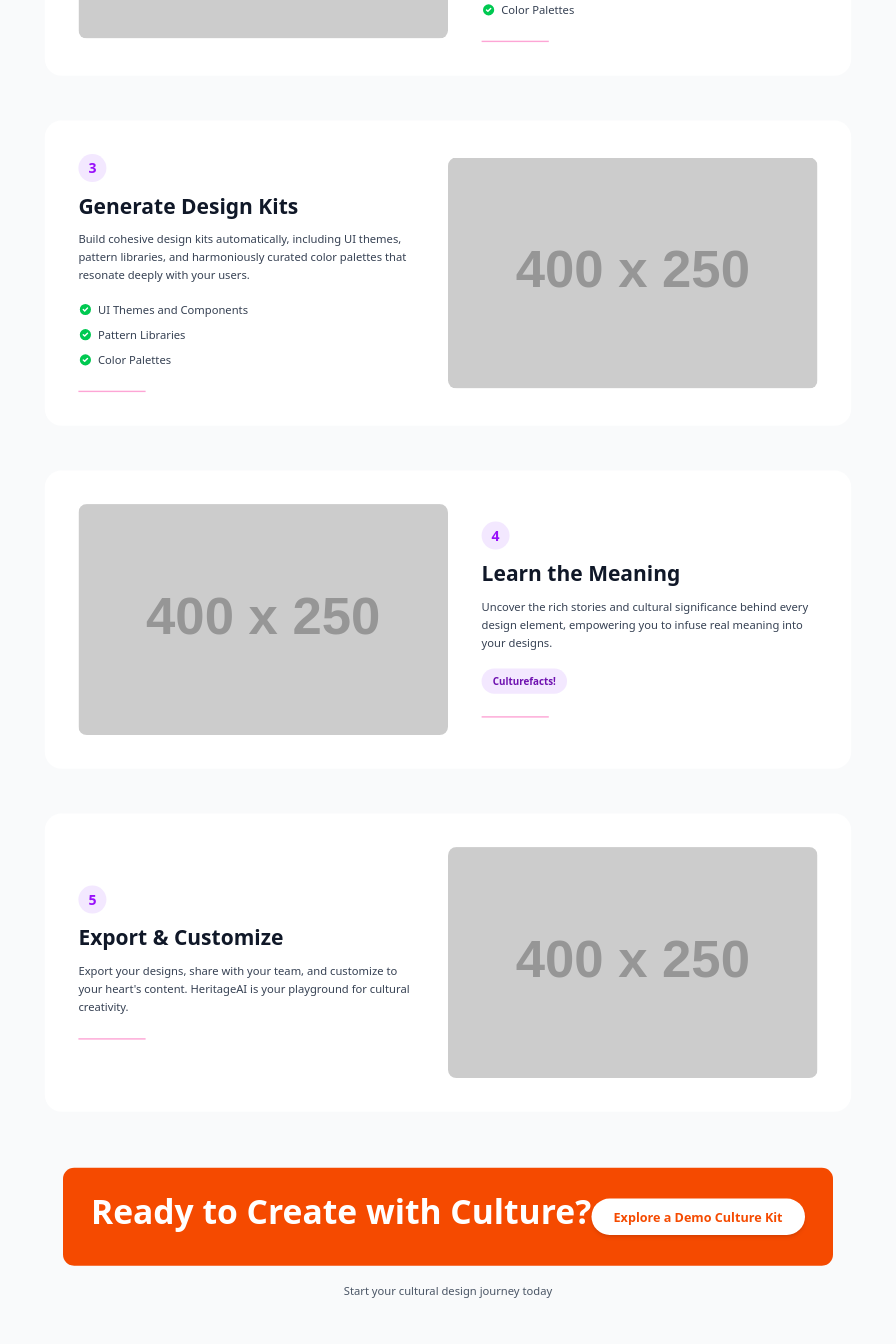
Repository: Em-driod/Heritage
Page: /
The author's editor kept a copy of each file at every save. The page is drawn from the files as they stood at one save, then again after the next save.
The browser window is 1280 px wide. The pictures show the part of the page from y = 4363 to 6283 px (the page is 6283 px tall before and 6235 px after), at 70% of full size.
The project was rebuilt for these pictures with package versions that can differ from the ones it lists, and the page was loaded fresh each time. Also part of the build but not shown: vite.config.ts.

Above is the page before, as saved 2025-07-08 16:35:08.

### src/App.tsx
// src/App.tsx
import React from 'react';
import { BrowserRouter as Router, Route, Routes } from 'react-router-dom';
import Home from './pages/home';



const App: React.FC = () => {
  return (
    <Router>
      <div>


        <Routes>
          <Route path="/" element={<Home />} />


        </Routes>
      </div>
    </Router>
  );
};

export default App;

### src/pages/home.tsx
import Hero from "../components/Hero"
import Landsecont from "../components/landsecont"
import Landthird from "../components/landthird"
import Landfourth from "../components/landfourth"
import Landfifth from "../components/landfifth"

const Home = () => {
  return (
    <div>
      <Hero />
      <Landsecont />
      <Landthird />
     <Landfourth />
     <Landfifth />
    </div>
  )
}

export default Home

### src/components/landthird.tsx


const Landthird = () => {
  return (
    <div className="flex justify-center items-center py-20 px-4 sm:px-6 lg:px-8 bg-white">
      <div className="flex flex-col lg:flex-row items-center justify-center gap-8 w-full max-w-6xl">

        {/* Card 1: 2 minutes search */}
        <div className="flex-1 bg-white border border-orange-300 rounded-xl shadow-lg p-6 text-center h-48 flex flex-col justify-center transition-transform duration-300 hover:scale-105">
          <p className="text-3xl font-bold text-red-500 mb-2">
            2 minutes search
            <br />
            with <span className="bg-yellow-300 px-1 rounded-md">HeritageAI</span>
          </p>
          <p className="text-sm text-gray-600">
            Vs. Traditional research today
          </p>
        </div>

        {/* Card 2: 85% Success */}
        <div className="flex-1 bg-white border border-orange-300 rounded-xl shadow-lg p-6 text-center h-48 flex flex-col justify-center transition-transform duration-300 hover:scale-105">
          <p className="text-3xl font-bold text-orange-500 mb-2">
            85%
            <br />
            Success
          </p>
          <p className="text-sm text-gray-600">
            vs Generic search
          </p>
        </div>

        {/* Card 3: 10x faster discoveries */}
        <div className="flex-1 bg-white border border-orange-300 rounded-xl shadow-lg p-6 text-center h-48 flex flex-col justify-center transition-transform duration-300 hover:scale-105">
          <p className="text-3xl font-bold text-blue-500 mb-2">
            10x faster
            <br />
            discoveries
          </p>
          <p className="text-sm text-gray-600">
            with <span className="bg-yellow-300 px-1 rounded-md">HeritageAI</span>
          </p>
        </div>

      </div>
    </div>
  );
};

export default Landthird;

### src/components/landfourth.tsx
import React from 'react';

const Landfourth = () => {
  return (
    <div className="bg-[#fef8f5] min-h-screen flex flex-col items-center justify-center py-20 px-4 sm:px-6 lg:px-8">
      {/* Top Section: What HeritageAI Gives You */}
      <div className="text-center mb-16">
        <div className="inline-flex items-center bg-white rounded-full py-2 px-4 shadow-sm mb-6">
          <img
            src="/path-to-heritageai-icon.png" // Placeholder, replace with your actual icon path
            alt="HeritageAI Icon"
            className="w-6 h-6 mr-2"
          />
          <span className="text-sm font-semibold text-gray-800">What HeritageAI Gives You</span>
        </div>
        <h1 className="text-5xl sm:text-6xl font-bold text-gray-900 leading-tight">
          One click.
          <br />
          Infinite heritage.
        </h1>
      </div>

      {/* Cards Section */}
      <div className="grid grid-cols-1 md:grid-cols-2 lg:grid-cols-4 gap-8 max-w-6xl w-full">

        {/* Card 1: Design kits */}
        <div className="bg-white rounded-2xl shadow-lg p-6 flex flex-col items-start text-left">
          <img
            src="/path-to-design-kits-icon.png" // Placeholder, replace with your actual icon path
            alt="Design kits icon"
            className="w-12 h-12 mb-4"
          />
          <h3 className="text-xl font-semibold text-gray-900 mb-2">Design kits</h3>
          <p className="text-gray-600 text-sm mb-4">
            Ready to use palettes, icons
            <br />
            textures
          </p>
          <div className="flex space-x-2 mt-auto">
            <div className="w-8 h-8 rounded-full bg-pink-500 border-2 border-white shadow"></div>
            <div className="w-8 h-8 rounded-full bg-cyan-500 border-2 border-white shadow"></div>
            <div className="w-8 h-8 rounded-full bg-purple-500 border-2 border-white shadow"></div>
          </div>
        </div>

        {/* Card 2: Cultural Context */}
        <div className="bg-white rounded-2xl shadow-lg p-6 flex flex-col items-start text-left">
          <img
            src="/path-to-cultural-context-icon.png" // Placeholder, replace with your actual icon path
            alt="Cultural Context icon"
            className="w-12 h-12 mb-4"
          />
          <h3 className="text-xl font-semibold text-gray-900 mb-2">Cultural Context</h3>
          <p className="text-gray-600 text-sm mb-4">
            Every visual comes with a short
            <br />
            short or symbol meaning
          </p>
          <div className="flex items-center text-gray-700 font-medium mt-auto">
            <svg className="w-5 h-5 mr-2 text-gray-500" fill="currentColor" viewBox="0 0 20 20" xmlns="http://www.w3.org/2000/svg">
              <path fillRule="evenodd" d="M4 4a2 2 0 012-2h4.586A2 2 0 0112 2.414L14.586 5A2 2 0 0115 6.414V16a2 2 0 01-2 2H6a2 2 0 01-2-2V4zm2 6a1 1 0 011-1h6a1 1 0 110 2H7a1 1 0 01-1-1zm1 3a1 1 0 100 2h6a1 1 0 100-2H7z" clipRule="evenodd"></path>
            </svg>
            Rich storytelling
          </div>
        </div>

        {/* Card 3: Export Ready */}
        <div className="bg-white rounded-2xl shadow-lg p-6 flex flex-col items-start text-left">
          <img
            src="/path-to-export-ready-icon.png" // Placeholder, replace with your actual icon path
            alt="Export Ready icon"
            className="w-12 h-12 mb-4"
          />
          <h3 className="text-xl font-semibold text-gray-900 mb-2">Export Ready</h3>
          <p className="text-gray-600 text-sm mb-4">
            Use in Figma, Canva, Webflow,
            <br />
            or even download
          </p>
          <div className="flex space-x-2 mt-auto">
            <img src="/path-to-figma-icon.png" alt="Figma icon" className="w-8 h-8" /> {/* Placeholder */}
            <img src="/path-to-canva-icon.png" alt="Canva icon" className="w-8 h-8" /> {/* Placeholder */}
            <img src="/path-to-webflow-icon.png" alt="Webflow icon" className="w-8 h-8" /> {/* Placeholder */}
          </div>
        </div>

        {/* Card 4: More Than Visuals */}
        <div className="bg-white rounded-2xl shadow-lg p-6 flex flex-col items-start text-left">
          <img
            src="/path-to-more-than-visuals-icon.png" // Placeholder, replace with your actual icon path
            alt="More Than Visuals icon"
            className="w-12 h-12 mb-4"
          />
          <h3 className="text-xl font-semibold text-gray-900 mb-2">More Than Visuals</h3>
          <p className="text-gray-600 text-sm mb-4">
            Build brand identity rooted in
            <br />
            something real.
          </p>
          <div className="flex items-center text-gray-700 font-medium mt-auto">
            <svg className="w-5 h-5 mr-2 text-gray-500" fill="currentColor" viewBox="0 0 20 20" xmlns="http://www.w3.org/2000/svg">
              <path fillRule="evenodd" d="M10 18a8 8 0 100-16 8 8 0 000 16zm3.707-9.293a1 1 0 00-1.414-1.414L9 10.586 7.707 9.293a1 1 0 00-1.414 1.414l2 2a1 1 0 001.414 0l4-4z" clipRule="evenodd"></path>
            </svg>
            Authentic foundations
          </div>
        </div>

      </div>
    </div>
  );
};

export default Landfourth;

### src/components/landfifth.tsx
import React from 'react';

const Landfifth = () => {
  return (
    <div className="bg-gray-50 py-16 px-4 sm:px-6 lg:px-8">
      {/* Header Section */}
      <div className="text-center mb-16 max-w-2xl mx-auto">
        <div className="flex items-center justify-center mb-4">
          <svg className="w-10 h-10 text-purple-600" fill="none" stroke="currentColor" viewBox="0 0 24 24" xmlns="http://www.w3.org/2000/svg">
            <path strokeLinecap="round" strokeLinejoin="round" strokeWidth="1.5" d="M19 11H5m14 0a2 2 0 012 2v6a2 2 0 01-2 2H5a2 2 0 01-2-2v-6a2 2 0 012-2m14 0V9a2 2 0 00-2-2M5 11V9a2 2 0 012-2m0 0V5a2 2 0 012-2h6a2 2 0 012 2v2M7 7h10" />
          </svg>
        </div>
        <h1 className="text-4xl sm:text-5xl font-bold text-gray-900 leading-tight">
          From Culture to Creation.
        </h1>
        <p className="mt-2 text-lg text-gray-600">
          In Seconds
        </p>
      </div>

      {/* Main Content Sections */}
      <div className="max-w-6xl mx-auto space-y-16">

        {/* Section 1: Pick a Culture */}
        <div className="flex flex-col lg:flex-row items-center justify-between bg-white rounded-3xl p-6 sm:p-10 lg:p-12">
          <div className="lg:w-1/2 lg:pr-12 mb-8 lg:mb-0 text-center lg:text-left">
            <span className="inline-flex items-center justify-center w-10 h-10 rounded-full bg-purple-100 text-purple-600 text-xl font-bold mb-4">
              1
            </span>
            <h2 className="text-3xl font-semibold text-gray-900 mb-4">
              Pick a Culture
            </h2>
            <p className="text-gray-700 leading-relaxed">
              Choose from hundreds of rich cultural and traditional designs to define your unique aesthetic. HeritageAI allows you to explore the legacy and visual identity.
            </p>
            <div className="hidden lg:block h-0.5 bg-pink-300 w-24 mt-8"></div> {/* Separator */}
          </div>
          <div className="lg:w-1/2">
            <div className="relative">
              <img
                src="https://via.placeholder.com/400x250/F8F8F8/000000?text=Masks+Image" // Placeholder for Masks image
                alt="Cultural Masks"
                className="w-full h-auto rounded-xl"
              />
              <div className="lg:hidden absolute bottom-0 left-0 w-full h-0.5 bg-pink-300"></div> {/* Separator for mobile */}
            </div>
          </div>
        </div>

        {/* Section 2: AI Analyzes Patterns */}
        <div className="flex flex-col lg:flex-row-reverse items-center justify-between bg-white rounded-3xl p-6 sm:p-10 lg:p-12">
          <div className="lg:w-1/2 lg:pl-12 mb-8 lg:mb-0 text-center lg:text-left">
            <span className="inline-flex items-center justify-center w-10 h-10 rounded-full bg-purple-100 text-purple-600 text-xl font-bold mb-4">
              2
            </span>
            <h2 className="text-3xl font-semibold text-gray-900 mb-4">
              AI Analyzes Patterns
            </h2>
            <p className="text-gray-700 leading-relaxed mb-6">
              Our advanced AI studies traditional patterns, assorted colors, meaningful symbols, and authentic textures to generate the key elements.
            </p>
            <ul className="space-y-3 text-gray-700">
              <li className="flex items-center">
                <svg className="w-5 h-5 text-green-500 mr-2" fill="currentColor" viewBox="0 0 20 20"><path fillRule="evenodd" d="M10 18a8 8 0 100-16 8 8 0 000 16zm3.707-9.293a1 1 0 00-1.414-1.414L9 10.586 7.707 9.293a1 1 0 00-1.414 1.414l2 2a1 1 0 001.414 0l4-4z" clipRule="evenodd"></path></svg>
                UI Themes and Components
              </li>
              <li className="flex items-center">
                <svg className="w-5 h-5 text-green-500 mr-2" fill="currentColor" viewBox="0 0 20 20"><path fillRule="evenodd" d="M10 18a8 8 0 100-16 8 8 0 000 16zm3.707-9.293a1 1 0 00-1.414-1.414L9 10.586 7.707 9.293a1 1 0 00-1.414 1.414l2 2a1 1 0 001.414 0l4-4z" clipRule="evenodd"></path></svg>
                Pattern Libraries
              </li>
              <li className="flex items-center">
                <svg className="w-5 h-5 text-green-500 mr-2" fill="currentColor" viewBox="0 0 20 20"><path fillRule="evenodd" d="M10 18a8 8 0 100-16 8 8 0 000 16zm3.707-9.293a1 1 0 00-1.414-1.414L9 10.586 7.707 9.293a1 1 0 00-1.414 1.414l2 2a1 1 0 001.414 0l4-4z" clipRule="evenodd"></path></svg>
                Color Palettes
              </li>
            </ul>
            <div className="hidden lg:block h-0.5 bg-pink-300 w-24 mt-8"></div> {/* Separator */}
          </div>
          <div className="lg:w-1/2">
            <div className="relative">
              <img
                src="https://via.placeholder.com/400x250/F8F8F8/000000?text=Analyzed+Patterns+UI" // Placeholder for Analyzed Patterns UI
                alt="Analyzed Patterns UI"
                className="w-full h-auto rounded-xl"
              />
              <div className="lg:hidden absolute bottom-0 left-0 w-full h-0.5 bg-pink-300"></div> {/* Separator for mobile */}
            </div>
          </div>
        </div>

        {/* Section 3: Generate Design Kits */}
        <div className="flex flex-col lg:flex-row items-center justify-between bg-white rounded-3xl p-6 sm:p-10 lg:p-12">
          <div className="lg:w-1/2 lg:pr-12 mb-8 lg:mb-0 text-center lg:text-left">
            <span className="inline-flex items-center justify-center w-10 h-10 rounded-full bg-purple-100 text-purple-600 text-xl font-bold mb-4">
              3
            </span>
            <h2 className="text-3xl font-semibold text-gray-900 mb-4">
              Generate Design Kits
            </h2>
            <p className="text-gray-700 leading-relaxed mb-6">
              Build cohesive design kits automatically, including UI themes, pattern libraries, and harmoniously curated color palettes that resonate deeply with your users.
            </p>
            <ul className="space-y-3 text-gray-700">
              <li className="flex items-center">
                <svg className="w-5 h-5 text-green-500 mr-2" fill="currentColor" viewBox="0 0 20 20"><path fillRule="evenodd" d="M10 18a8 8 0 100-16 8 8 0 000 16zm3.707-9.293a1 1 0 00-1.414-1.414L9 10.586 7.707 9.293a1 1 0 00-1.414 1.414l2 2a1 1 0 001.414 0l4-4z" clipRule="evenodd"></path></svg>
                UI Themes and Components
              </li>
              <li className="flex items-center">
                <svg className="w-5 h-5 text-green-500 mr-2" fill="currentColor" viewBox="0 0 20 20"><path fillRule="evenodd" d="M10 18a8 8 0 100-16 8 8 0 000 16zm3.707-9.293a1 1 0 00-1.414-1.414L9 10.586 7.707 9.293a1 1 0 00-1.414 1.414l2 2a1 1 0 001.414 0l4-4z" clipRule="evenodd"></path></svg>
                Pattern Libraries
              </li>
              <li className="flex items-center">
                <svg className="w-5 h-5 text-green-500 mr-2" fill="currentColor" viewBox="0 0 20 20"><path fillRule="evenodd" d="M10 18a8 8 0 100-16 8 8 0 000 16zm3.707-9.293a1 1 0 00-1.414-1.414L9 10.586 7.707 9.293a1 1 0 00-1.414 1.414l2 2a1 1 0 001.414 0l4-4z" clipRule="evenodd"></path></svg>
                Color Palettes
              </li>
            </ul>
            <div className="hidden lg:block h-0.5 bg-pink-300 w-24 mt-8"></div> {/* Separator */}
          </div>
          <div className="lg:w-1/2">
            <div className="relative">
              <img
                src="https://via.placeholder.com/400x250/F8F8F8/000000?text=Design+Kit+UI" // Placeholder for Design Kit UI
                alt="Design Kit UI"
                className="w-full h-auto rounded-xl"
              />
              <div className="lg:hidden absolute bottom-0 left-0 w-full h-0.5 bg-pink-300"></div> {/* Separator for mobile */}
            </div>
          </div>
        </div>

        {/* Section 4: Learn the Meaning */}
        <div className="flex flex-col lg:flex-row-reverse items-center justify-between bg-white rounded-3xl p-6 sm:p-10 lg:p-12">
          <div className="lg:w-1/2 lg:pl-12 mb-8 lg:mb-0 text-center lg:text-left">
            <span className="inline-flex items-center justify-center w-10 h-10 rounded-full bg-purple-100 text-purple-600 text-xl font-bold mb-4">
              4
            </span>
            <h2 className="text-3xl font-semibold text-gray-900 mb-4">
              Learn the Meaning
            </h2>
            <p className="text-gray-700 leading-relaxed mb-6">
              Uncover the rich stories and cultural significance behind every design element, empowering you to infuse real meaning into your designs.
            </p>
            <div className="inline-block bg-purple-100 text-purple-800 px-4 py-2 rounded-full font-semibold text-sm">
              Culturefacts!
            </div>
            <div className="hidden lg:block h-0.5 bg-pink-300 w-24 mt-8"></div> {/* Separator */}
          </div>
          <div className="lg:w-1/2">
            <div className="relative">
              <img
                src="https://via.placeholder.com/400x250/F8F8F8/000000?text=Open+Book+Image" // Placeholder for Open Book image
                alt="Open Book with Cultural Info"
                className="w-full h-auto rounded-xl"
              />
              <div className="lg:hidden absolute bottom-0 left-0 w-full h-0.5 bg-pink-300"></div> {/* Separator for mobile */}
            </div>
          </div>
        </div>

        {/* Section 5: Export & Customize */}
        <div className="flex flex-col lg:flex-row items-center justify-between bg-white rounded-3xl p-6 sm:p-10 lg:p-12">
          <div className="lg:w-1/2 lg:pr-12 mb-8 lg:mb-0 text-center lg:text-left">
            <span className="inline-flex items-center justify-center w-10 h-10 rounded-full bg-purple-100 text-purple-600 text-xl font-bold mb-4">
              5
            </span>
            <h2 className="text-3xl font-semibold text-gray-900 mb-4">
              Export & Customize
            </h2>
            <p className="text-gray-700 leading-relaxed">
              Export your designs, share with your team, and customize to your heart's content. HeritageAI is your playground for cultural creativity.
            </p>
            <div className="hidden lg:block h-0.5 bg-pink-300 w-24 mt-8"></div> {/* Separator */}
          </div>
          <div className="lg:w-1/2">
            <div className="relative">
              <img
                src="https://via.placeholder.com/400x250/F8F8F8/000000?text=Computer+Workstation" // Placeholder for Computer Workstation image
                alt="Computer Workstation"
                className="w-full h-auto rounded-xl"
              />
              <div className="lg:hidden absolute bottom-0 left-0 w-full h-0.5 bg-pink-300"></div> {/* Separator for mobile */}
            </div>
          </div>
        </div>

      </div>

      {/* Call to Action Button at the Bottom - UPDATED */}
      <div className="text-center mt-20">
        <div className=" inline-flex items-center justify-center px-10 py-5 bg-orange-600 font-semibold rounded-2xl overflow-hidden group transition duration-300 transform hover:scale-105 text-lg min-w-[300px] h-[100px] sm:min-w-[400px] sm:h-[120px] lg:min-w-[500px] lg:h-[140px]"> {/* Increased size for better visual match */}
          <span className="  text-white text-3xl sm:text-4xl lg:text-5xl font-extrabold mb-4">Ready to Create with Culture?</span> {/* Text inside the main button */}
          <button className=" bottom-4 z-20 px-8 py-3 bg-white text-orange-600 font-semibold rounded-full shadow-md hover:shadow-lg transition duration-200 text-base sm:text-lg"> {/* Inner white button */}
            Explore a Demo Culture Kit
          </button>
        </div>
        <p className="mt-6 text-gray-600 text-base"> {/* Adjusted margin-top */}
          Start your cultural design journey today
        </p>
      </div>
    </div>
  );
};

export default Landfifth;

Loaded but not shown: index.html (common file); src/main.tsx (common file); src/index.css (common file); src/components/Hero.tsx (226 lines, source omitted); src/components/landsecont.tsx (214 lines, source omitted)

After the next save:
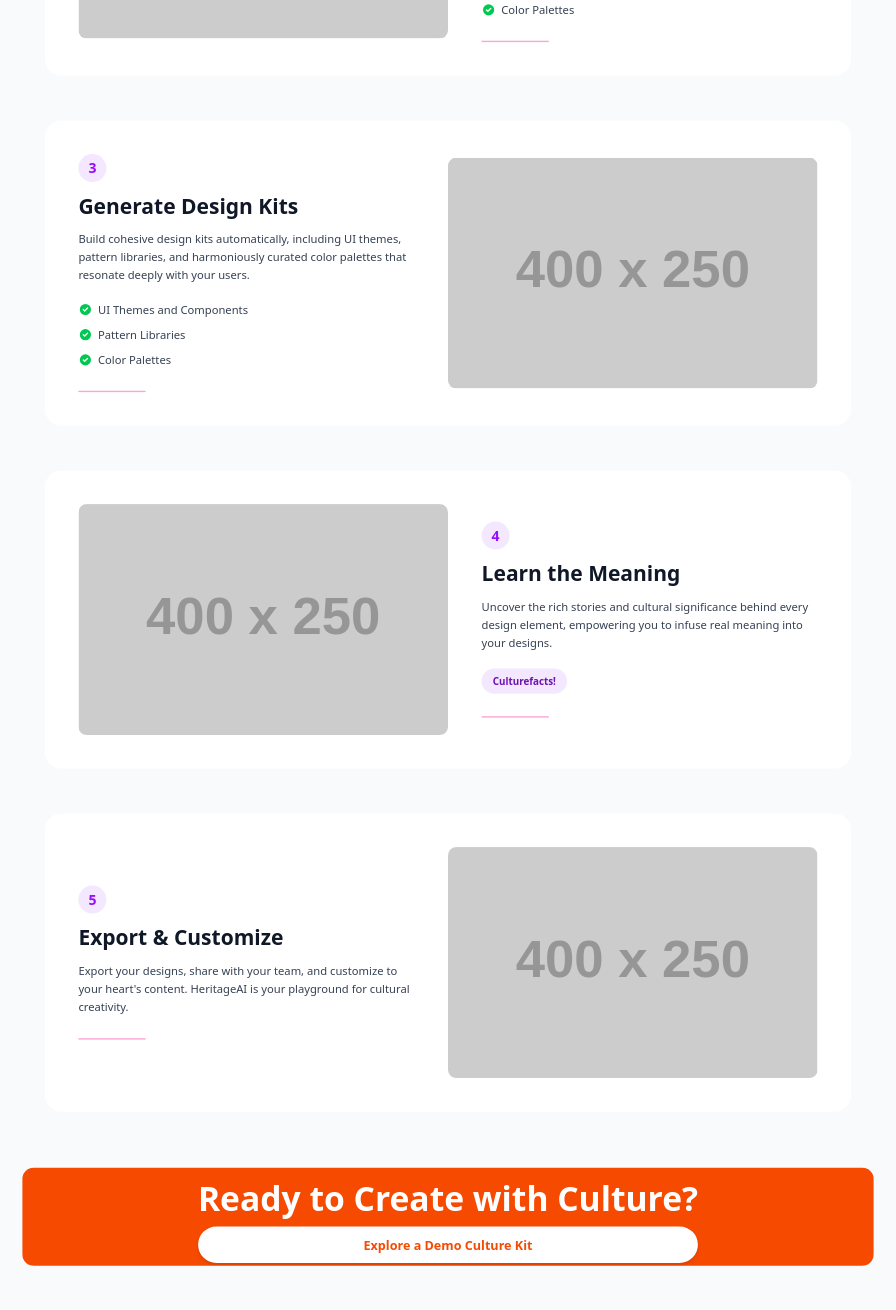
Saved 40 s later.
--- a/src/components/landfifth.tsx
+++ b/src/components/landfifth.tsx
@@ -186,15 +186,16 @@
 
       {/* Call to Action Button at the Bottom - UPDATED */}
       <div className="text-center mt-20">
-        <div className=" inline-flex items-center justify-center px-10 py-5 bg-orange-600 font-semibold rounded-2xl overflow-hidden group transition duration-300 transform hover:scale-105 text-lg min-w-[300px] h-[100px] sm:min-w-[400px] sm:h-[120px] lg:min-w-[500px] lg:h-[140px]"> {/* Increased size for better visual match */}
+        <div className=" grid items-center justify-center px-10 py-5 bg-orange-600 font-semibold rounded-2xl overflow-hidden group transition duration-300 transform hover:scale-105 text-lg min-w-[300px] h-[100px] sm:min-w-[400px] sm:h-[120px] lg:min-w-[500px] lg:h-[140px]"> {/* Increased size for better visual match */}
           <span className="  text-white text-3xl sm:text-4xl lg:text-5xl font-extrabold mb-4">Ready to Create with Culture?</span> {/* Text inside the main button */}
           <button className=" bottom-4 z-20 px-8 py-3 bg-white text-orange-600 font-semibold rounded-full shadow-md hover:shadow-lg transition duration-200 text-base sm:text-lg"> {/* Inner white button */}
             Explore a Demo Culture Kit
           </button>
-        </div>
-        <p className="mt-6 text-gray-600 text-base"> {/* Adjusted margin-top */}
+          <p className="mt-6 text-gray-600 text-base"> {/* Adjusted margin-top */}
           Start your cultural design journey today
         </p>
+        </div>
+
       </div>
     </div>
   );
